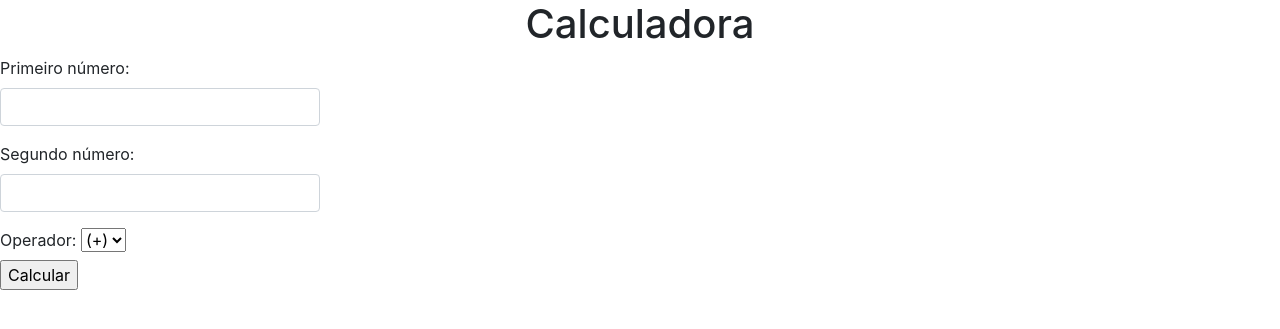
Repository: babirms/DAC
Page: Calculadora/WebContent/home.html
An editor plug-in stored every save of this project. The page is shown before and after the next save, followed by the edit.
The browser window is 1280 px wide. The pictures show the whole page.

Above is the page before, as saved 2020-09-20 22:35:10.
Console error (its wording comes from the project's code and is left out).

After the next save:
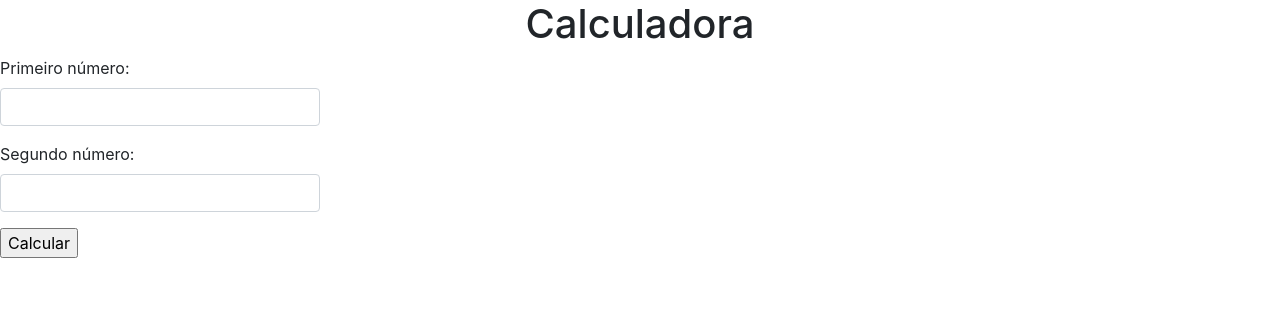
Saved 14 s later.
--- a/Calculadora/WebContent/home.html
+++ b/Calculadora/WebContent/home.html
@@ -22,12 +22,7 @@
 				type="number" id="segundoNum" class="form-control col-sm-3"
 				name="segundoValue">
 		</div>
-		<label>Operador: </label> <select name="operacao">
-			<option value="soma">(+)</option>
-			<option value="sub">(-)</option>
-			<option value="mul">(*)</option>
-			<option value="div">(/)</option>
-		</select> <br> <input type="submit" value="Calcular">
+		 <input type="submit" value="Calcular">
 	</form>
 
 
